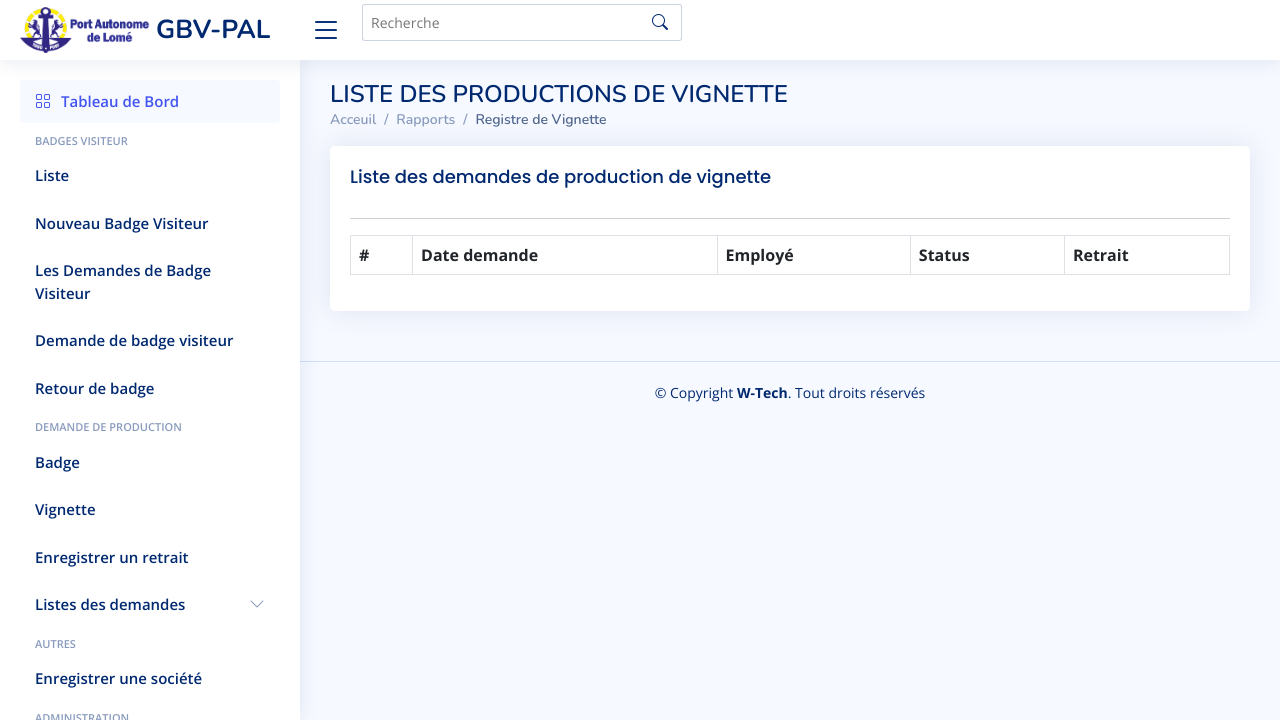
Repository: sh4dow28/gbv-pal-web
Page: http://localhost/registre/vignettes
These files come from the project's save history. The page is drawn as it stood at one moment and after the next save; the edit follows.
The browser window is 1280 px wide. The pictures show the whole page.
The page is served by the project's Laravel application, run on PHP 8.4 with Laravel 9. Queries for data that is not in the repository find no rows.

Above is the page before, as saved 2023-02-12 18:02:38.
Console error: TypeError: $(...).DataTable is not a function

After the next save:
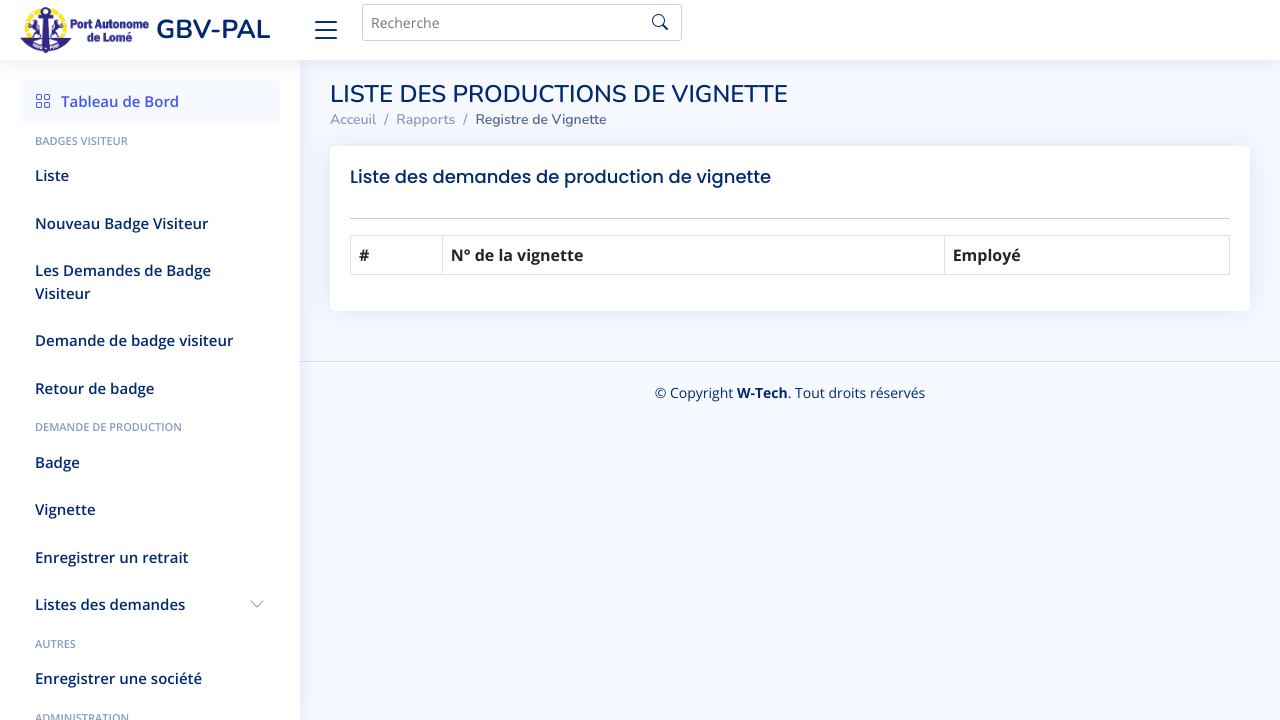
Saved 109 s later.
--- a/resources/views/pages/registre-vignette.blade.php
+++ b/resources/views/pages/registre-vignette.blade.php
@@ -51,10 +51,8 @@
                                 <thead>
                                     <tr>
                                         <th scope="col">#</th>
-                                        <th scope="col">Date demande</th>
+                                        <th scope="col">N° de la vignette</th>
                                         <th scope="col">Employé</th>
-                                        <th scope="col">Status</th>
-                                        <th scope="col">Retrait</th>
                                     </tr>
                                 </thead>
                                 <tbody>
@@ -64,23 +62,10 @@
                                                 {{ $row->idProd }}
                                             </td>
                                             <th scope="row">
-                                                {{ $carbon::parse($row->created_at)->format('d/m/Y') }}
+                                                {{ $row->badges->noVignette }}
                                             </th>
                                             <td scope="row">
                                                 {{ $row->employe->nomEmp . ' ' . $row->employe->prenomEmp }}
-                                            </td>
-                                            <td scope="row">
-                                                {{ $row->statProd }}
-                                            </td>
-                                            <td scope="row" class="text-center">
-                                                @if ($row->statProd != 'Terminé')
-                                                    <a class="btn btn-success cursor-pointer " data-bs-toggle="modal"
-                                                        data-bs-target="#returnbadgemodal">
-                                                        <i class="bi bi-check-circle"></i>
-                                                    </a>
-                                                @else
-                                                    <i>Retiré</i>
-                                                @endif
                                             </td>
                                         </tr>
                                     @endforeach
